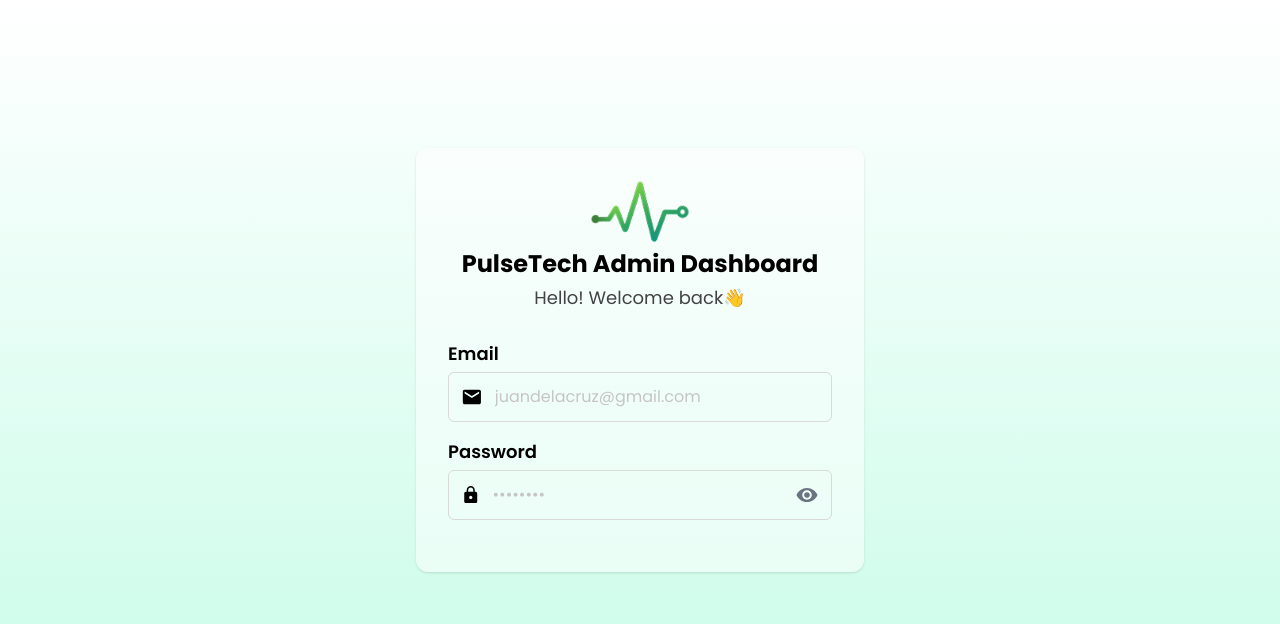
Repository: ShyrineJardin/pulse_admin
Page: /
These files come from the project's save history. The page is drawn as it stood at one moment and after the next save; the edit follows.
The browser window is 1280 px wide. The pictures show the whole page.
The project was rebuilt for these pictures with package versions that can differ from the ones it lists, and the page was loaded fresh each time.

Above is the page before, as saved 2026-03-25 11:27:36.

After the next save:
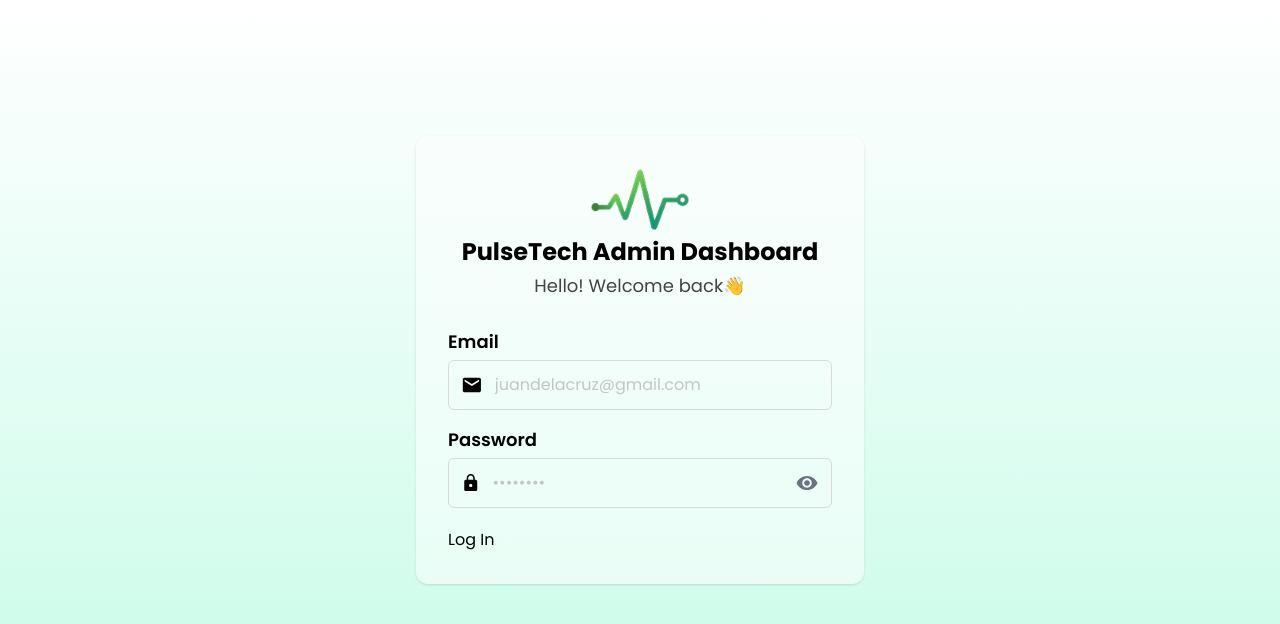
Saved 11 s later.
--- a/src/components/Login.jsx
+++ b/src/components/Login.jsx
@@ -46,7 +46,7 @@ const Login = () => {
                 </form>
 
                 <div className="flex items-center justify-between mt-4">
-                    <button></button>
+                    <button>Log In</button>
                 </div>
             </div>
 
